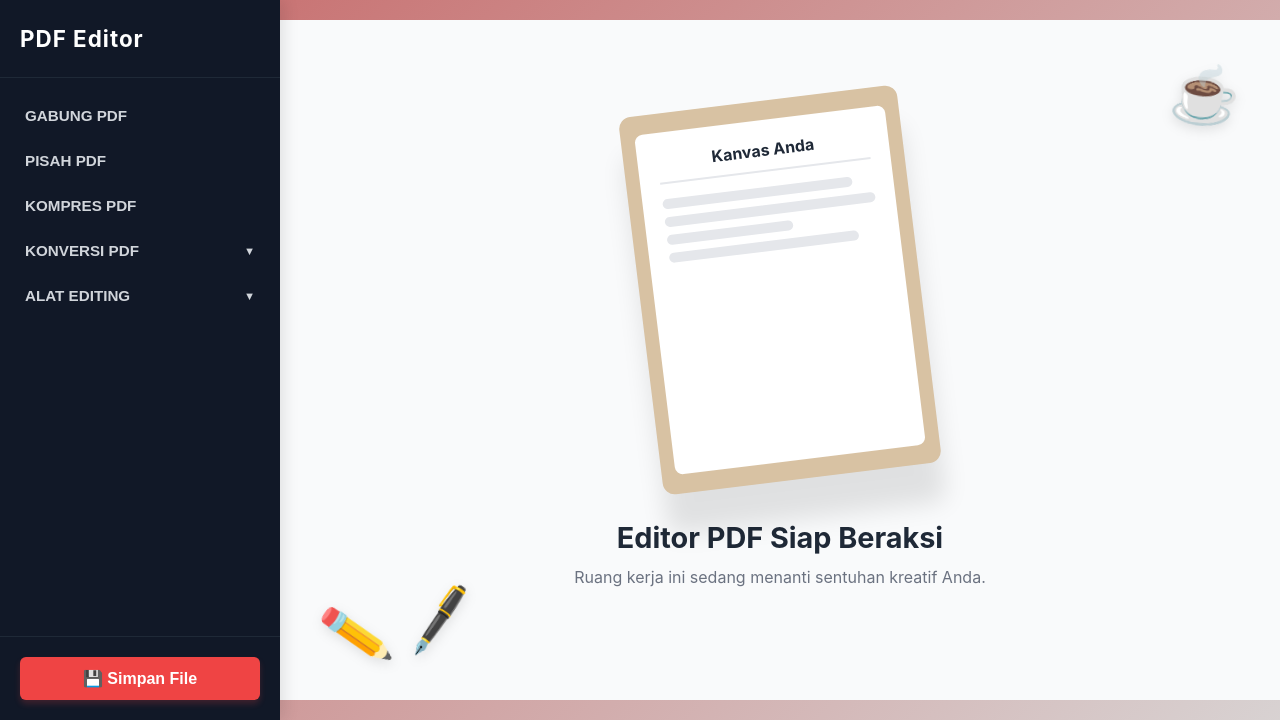
Repository: IkhsanMoekhtar/pdf_editor
Page: /
An editor plug-in stored every save of this project. The page is shown before and after the next save, followed by the edit.
The browser window is 1280 px wide. The pictures show the whole page.
The project was rebuilt for these pictures with package versions that can differ from the ones it lists, and the page was loaded fresh each time. Also part of the build but not shown: vite.config.js.

Above is the page before, as saved 2026-03-20 04:04:42.

After the next save:
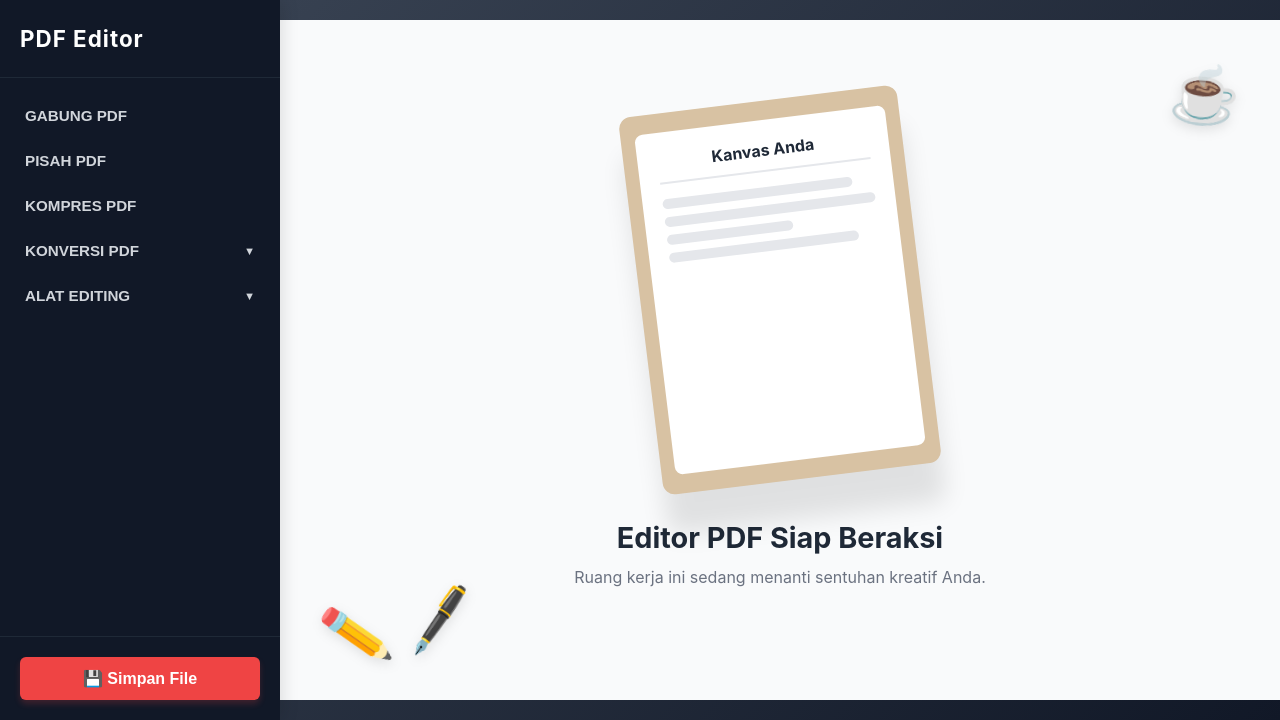
Saved 30 s later.
--- a/src/App.jsx
+++ b/src/App.jsx
@@ -273,7 +273,7 @@ function App() {
             justifyContent: 'center',
             overflow: 'hidden',
             // Hapus backgroundColor, ganti dengan backgroundImage
-            backgroundImage: 'linear-gradient(135deg, #c97575 0%, #d8d2d2 100%)'
+            backgroundImage: 'linear-gradient(135deg, #374151 0%, #111827 100%)'
           }}
         >
           {pdfFile ? (
